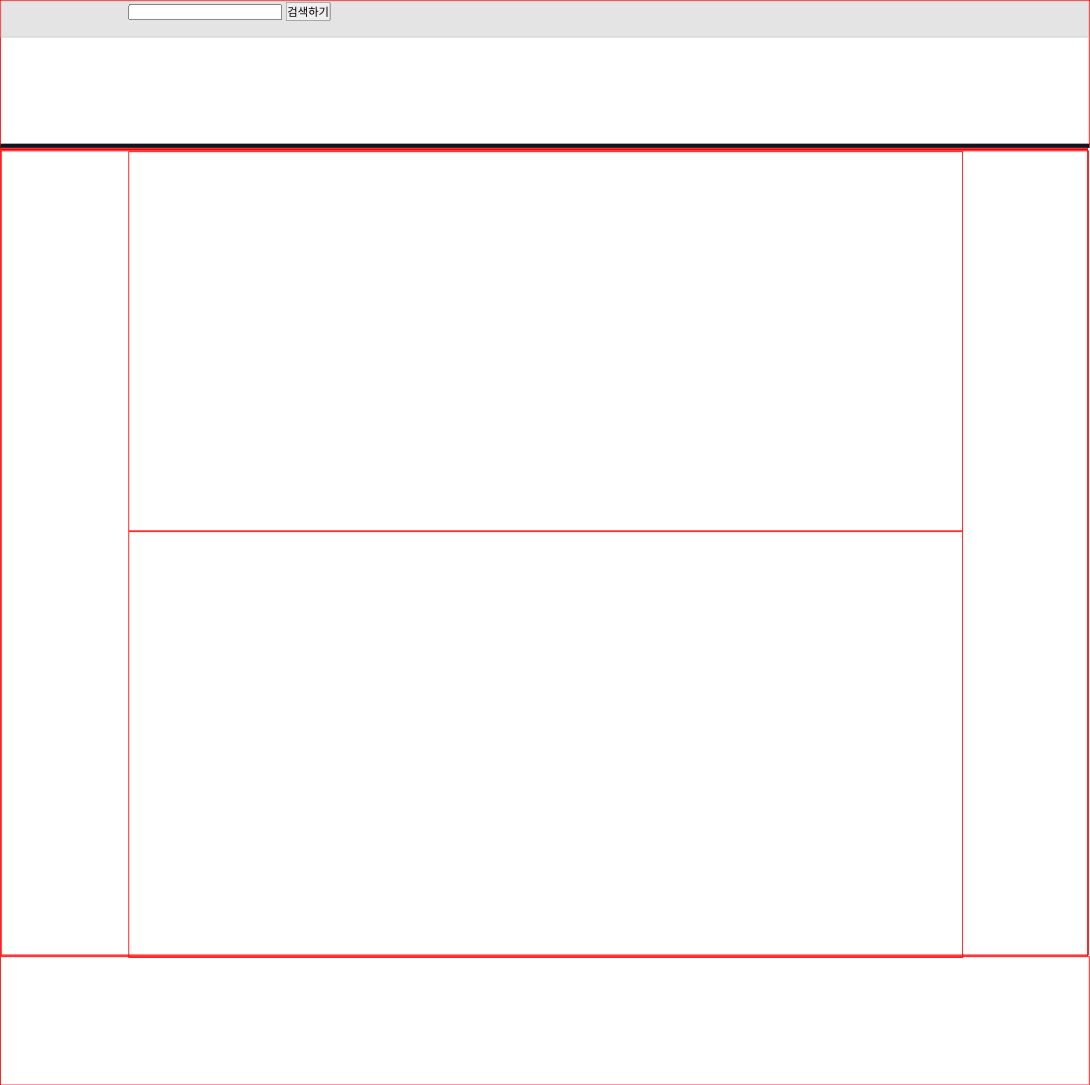
Repository: jungsoon-kim/home_study
Page: study/webzine.html
The author's editor kept a copy of each file at every save. The page is drawn from the files as they stood at one save, then again after the next save.
The browser window is 1280 px wide. The page is 1282 px wide, so the pictures cover 1282 px, including what lies to the right of the window. The pictures show the whole page, at 85% of full size.

Above is the page before, as saved 2015-09-14 14:25:43.

After the next save:
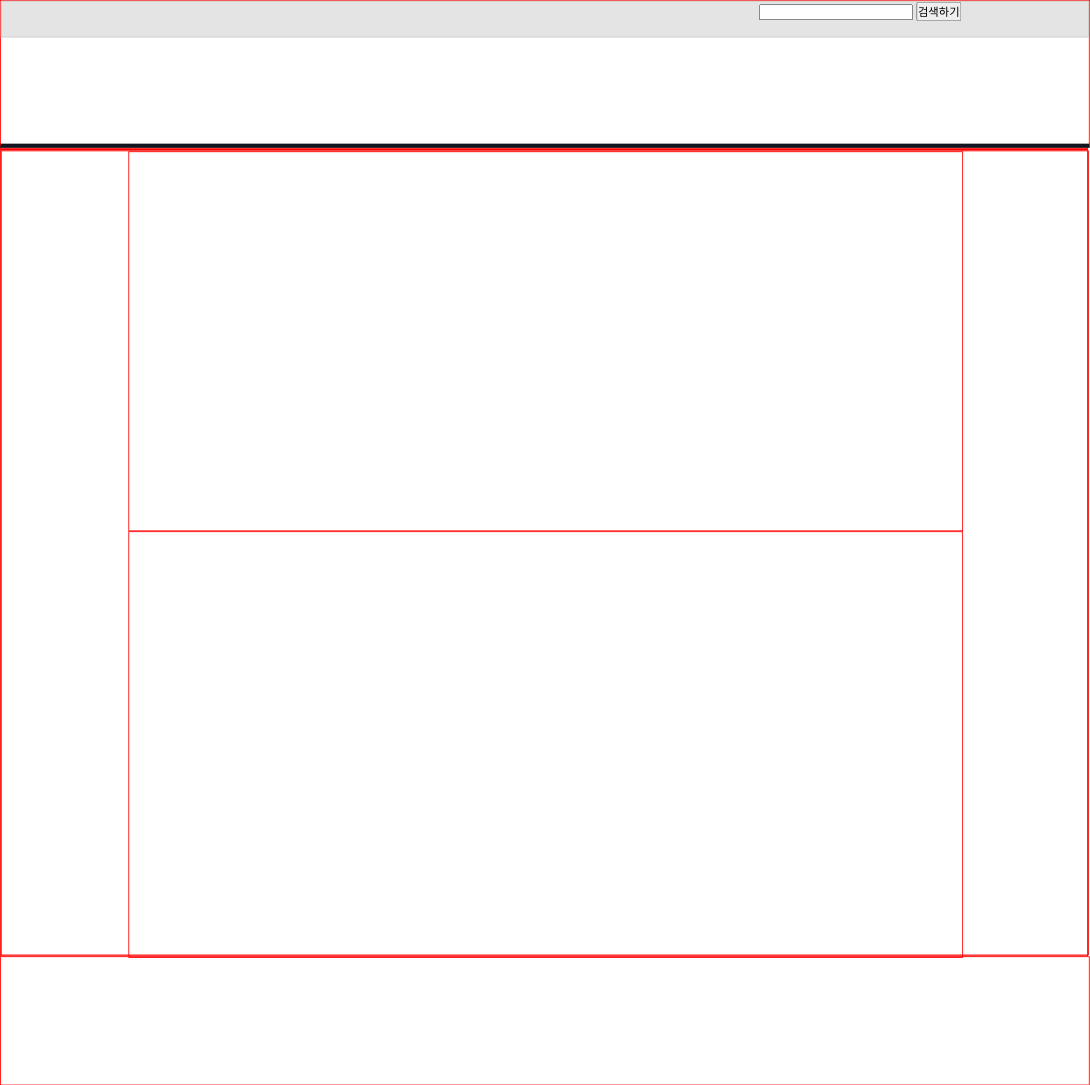
Saved 3 min 20 s later.
--- a/study/common.css
+++ b/study/common.css
@@ -19,6 +19,8 @@ fieldset {border:0 none;}
 .wrap {width: 980px; margin: 0 auto;}
 #header {width:100%; height:168px; border-bottom:5px #12151f solid;}
 .header-top{height: 41px; background:#e4e4e4; border: 1px solid #cdcdcd;}
+.header-top .wrap fieldset {float:right;}
+
 
 
 
